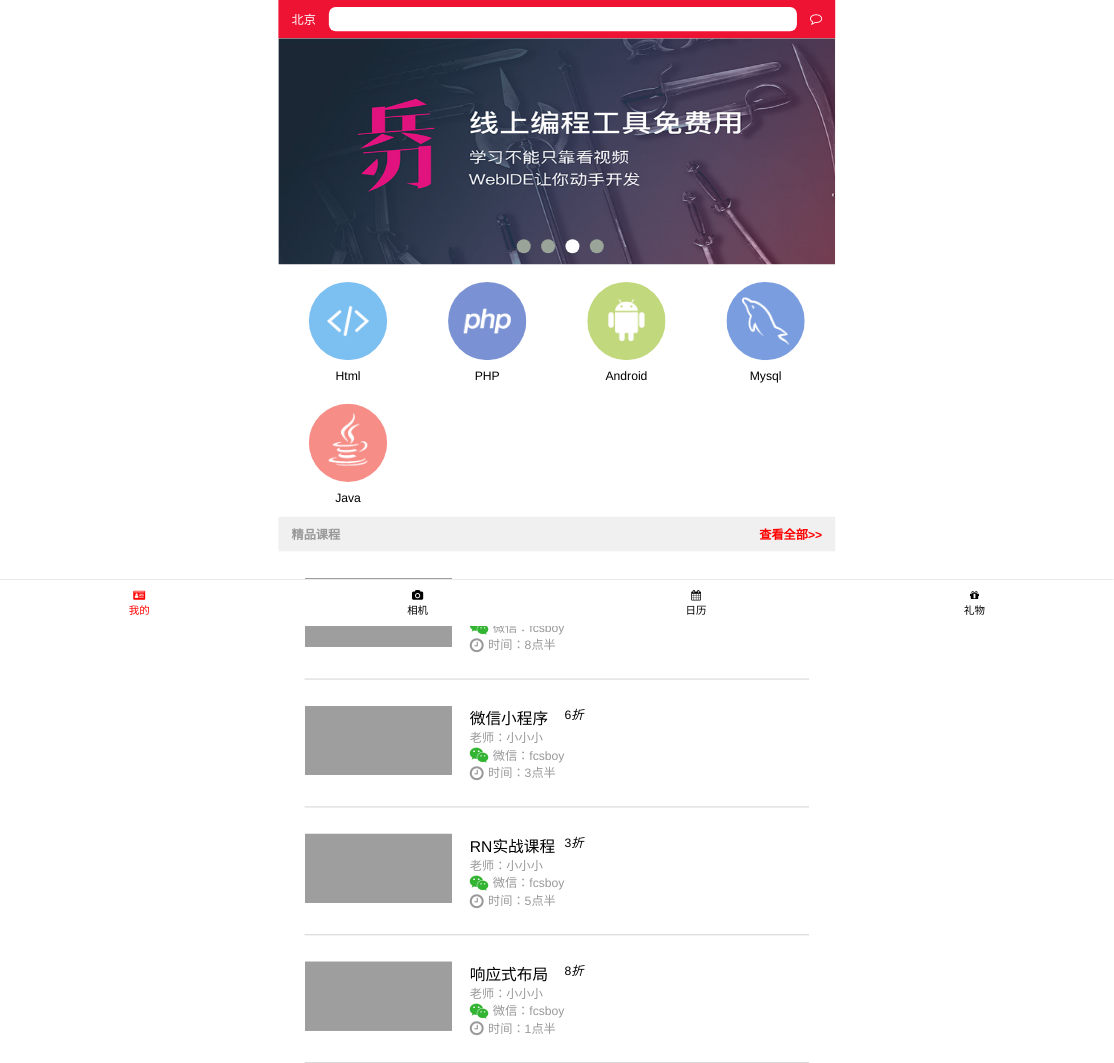
Repository: zhenzhen-gong/flextContent
Page: index.html
The author's editor kept a copy of each file at every save. The page is drawn from the files as they stood at one save, then again after the next save.
The browser window is 1280 px wide. The pictures show the whole page, at 87% of full size.
Pictures or frames that could not be fetched are drawn as grey boxes.

Above is the page before, as saved 2020-06-19 10:47:39.

### index.html
<!DOCTYPE html>
<html lang="en">

<head>
    <meta charset="UTF-8">
    <meta name="viewport" content="width=device-width, initial-scale=1.0">
    <title>移动端响应式小项目</title>
    <link rel="stylesheet" href="css/style.css">
    <link rel="stylesheet" href="css/font-awesome/css/font-awesome.min.css">
    <script src="http://cdn.bootcss.com/jquery/1.12.4/jquery.js"></script>
    <script src="script.js"></script>
</head>

<body>
    <div class="Tbox">
        <header>
            <a href="#" class="left-address">北京</a>
            <input class="middle-form" name="search">
            <a href="#" class="right-message">
                <i class="fa fa-comment-o"></i>
            </a>
        </header>
        <section>
            <div class="imgholder">
                <div class="imgBox" id="imgBox">
                    <div class="imgcontent active"><img src="img/banner1.jpg" alt="图片加载失败"></div>
                    <div class="imgcontent"><img src="img/banner2.jpg" alt="图片加载失败"></div>
                    <div class="imgcontent"><img src="img/banner3.jpg" alt="图片加载失败"></div>
                    <div class="imgcontent"><img src="img/banner4.jpg" alt="图片加载失败"></div>
                </div>
                <div class="imgCircle" id="imgCircle">
                    <span class="active"></span>
                    <span></span>
                    <span></span>
                    <span></span>
                </div>
            </div>
            <div class="content">
                <div>
                    <img src="img/1.png" alt="">
                    <span>Html</span>
                </div>
                <div>
                    <img src="img/2.png" alt="">
                    <span>PHP</span>
                </div>
                <div>
                    <img src="img/3.png" alt="">
                    <span>Android</span>
                </div>
                <div>
                    <img src="img/4.png" alt="">
                    <span>Mysql</span>
                </div>
                <div>
                    <img src="img/5.png" alt="">
                    <span>Java</span>
                </div>
            </div>
            <div class="nav">
                <span>精品课程</span>
                <span>查看全部>></span>
            </div>
            <div class="items">
                <div class="item">
                    <div class="item_left">
                        <img src="http://szimg.mukewang.com/5806de7c00014a3105400300-360-202.jpg" alt="">
                    </div>
                    <div class="item_center">
                        <p>jQuery实战课程</p>
                        <p>老师：小小小</p>
                        <p><i class="fa fa-weixin fa-lg"></i>微信：fcsboy</p>
                        <p><i class="fa fa-clock-o fa-lg"></i>时间：8点半</p>
                    </div>
                    <div class="item_right">
                        <span>3</span><em>折</em>
                    </div>
                </div>
                <div class="item">
                    <div class="item_left">
                        <img src="http://szimg.mukewang.com/583e42fb0001e04f05400300-360-202.jpg" alt="">
                    </div>
                    <div class="item_center">
                        <p>微信小程序</p>
                        <p>老师：小小小</p>
                        <p><i class="fa fa-weixin fa-lg"></i>微信：fcsboy</p>
                        <p><i class="fa fa-clock-o fa-lg"></i>时间：3点半</p>
                    </div>
                    <div class="item_right">
                        <span>6</span><em>折</em>
                    </div>
                </div>
                <div class="item">
                    <div class="item_left">
                        <img src="http://szimg.mukewang.com/57ec8a820001c60b05400300-360-202.jpg" alt="">
                    </div>
                    <div class="item_center">
                        <p>RN实战课程</p>
                        <p>老师：小小小</p>
                        <p><i class="fa fa-weixin fa-lg"></i>微信：fcsboy</p>
                        <p><i class="fa fa-clock-o fa-lg"></i>时间：5点半</p>
                    </div>
                    <div class="item_right">
                        <span>3</span><em>折</em>
                    </div>
                </div>
                <div class="item">
                    <div class="item_left">
                        <img src="http://szimg.mukewang.com/576b84c10001b1c005400300-360-202.jpg" alt="">
                    </div>
                    <div class="item_center">
                        <p>响应式布局</p>
                        <p>老师：小小小</p>
                        <p><i class="fa fa-weixin fa-lg"></i>微信：fcsboy</p>
                        <p><i class="fa fa-clock-o fa-lg"></i>时间：1点半</p>
                    </div>
                    <div class="item_right">
                        <span>8</span><em>折</em>
                    </div>
                </div>
            </div>
        </section>
    </div>
    <footer>
        <div class="active">
            <a href="#" class="active">
                <i class="fa fa-id-card"></i>
            </a>
            我的
        </div>
        <div>
            <a href="#">
                <i class="fa fa-camera"></i>
            </a>
            相机
        </div>
        <div>
            <a href="#">
                <i class="fa fa-calendar"></i>
            </a>
            日历
        </div>
        <div>
            <a href="#">
                <i class="fa fa-gift"></i>
            </a>
            礼物
        </div>
    </footer>
</body>

</html>

### css/style.css
/* css初始化 */
*{
    margin: 0;
    padding: 0;
    border: none;
}
body{
    font-size: 14px;
    font-family: 'Franklin Gothic Medium', 'Arial Narrow', Arial, sans-serif;
}
a{
    text-decoration: none;
    color: black;
}
/* 正文部分 */
.Tbox{
    width: 640px;
    position: absolute;
    left: 0;
    right: 0;
    margin: 0 auto;
}
/* 头部导航 */
.Tbox>header{
   height: 44px;
   padding: 0 15px;
   background: #ef1333;
   display: flex;
   align-items: center;
}
.Tbox>header>a.left-address{
    margin-right: 15px;
    color: #ffffff;
}
.Tbox>header>input.middle-form{
   flex: 1;
   box-sizing: border-box;
   height: 28px;
   border-radius: 8px;
   border: none;
}
.Tbox>header>a.right-message{
    margin-left: 15px;
    color: #ffffff;
}
/* 图片轮播 */
section>div.imgholder{
    height: 260px;
    width: 100%;
    position: relative;
    overflow: hidden;
}
section>div.imgholder>div.imgBox{
    height: 100%;
    width: 100%;
}
section>div.imgholder>div.imgBox>div.imgcontent{
    position: absolute;
    height: 100%;
    width: 100%;
    overflow: hidden;
    display: none;
}
section>div.imgholder>div.imgBox>div.active{
    display: block;
}
section>div.imgholder>div.imgBox>div.imgcontent>img{
    width: 100%;
    height: 100%;
}
/* 控制图片切换的圆点 */
section>div.imgholder>div.imgCircle{
    position: absolute;
    bottom: 10px;
    width: 100%;
    text-align: center;
}
section>div.imgholder>div.imgCircle>span{
    display: inline-block;
    height: 16px;
    width: 16px;
    border-radius: 50%;
    background: #9aa499;
    cursor: pointer;
    margin-left: 8px;
}
section>div.imgholder>div.imgCircle>span.active{
    background: #ffffff;
}
/* 正文内容菜单部分 */
section>div.content{
    display: flex;
    flex-wrap: wrap;
    padding-top: 10px;
    background: #ffffff;
}
section>div.content>div{
    width: 25%;
    height: 120px;
    text-align: center;
    margin: 10px 0;
}
section>div.content>div>span{
    display: block;
    margin-top: 7px;
}
section>div.content>div>img{
    border-radius: 50%;
}

/* 精品课程的导航条 */
section>div.nav{
    height: 40px;
    background: #f0f0f0;
    display: flex;
    justify-content: space-between;
    align-items: center;
    padding: 0 15px;
}
section>div.nav>span:nth-child(1){
    color: #999;
    font-weight: bold;
}
section>div.nav>span:nth-child(2){
    color: red;
    font-weight: bold;
}

/* 正文内容 */
section>div.items{
    background: #ffffff;
    padding: 0 30px;
}
section>div.items>div.item{
    display: flex;
    padding: 30px 0;
    border-bottom: 1px solid #cccccc;
}
section>div.items>div.item>div.item_left>img{
    width: 170px;
    height: 80px;
}
section>div.items>div.item>div.item_center{
   padding-left: 20px;
}
.item_center p:nth-child(1){
	font-size: 18px;
}
.item_center p:nth-child(2){
	color: #999;
}
.item_center p:nth-child(3){
	color: #999;
}
.item_center p:nth-child(3) i{
	color: #33b433;
	margin-right: 5px;
}
.item_center p:nth-child(4) i{
	margin-right: 5px;
}
.item_center p:nth-child(4){
	color: #999;
}
.item_center p:nth-child(5){
	color: #999;
}

/* 页脚部分 */
footer{
    position: fixed;
    bottom: 0;
    height: 54px;
    width: 100%;
    font-size: 12px;
    display: flex;
    align-items: center;
    text-align: center;
    background: #ffffff;;
    border-top: 1px solid #cccccc;
}
footer>div{
    flex: 1;
}
footer>div.active{
    color: red;
}
footer>div>a{
    display: block;
}
footer>div>a.active{
    color: red;
}

### script.js
$(document).ready(function(){
    var index = 0,
        timer = null,
        imgs = $("#imgBox").children("div"),
        circles = $("#imgCircle").children("span")
        console.log(circles);

    function imgslider () {
        //当鼠标在图片上时，停止轮播
        $("#imgBox").mouseover(function(){
            if(timer) clearInterval(timer)
        })
        //当鼠标移出图片时，图片继续轮播
        $("#imgBox").mouseout(function(){
            // 图片自动轮播
        timer = setInterval(function(){
            index++;
            if(index>=imgs.length){
                index = 0
            }
            changeImg()
        },2000)
        });
        //一开始就执行mouseout，图片轮播
        $("#imgBox").mouseout()

        // 点击圆点切换图片
        // 1、找到所有圆点  并为每个圆点绑定click事件
        for(let i = 0;i<circles.length;i++){
            circles[i].id = i;
            circles[i].onclick = function(){
                index = i;
                changeImg()
                if(timer) clearInterval(timer)
            }
        }

    }





    function changeImg() {
       // 当前图片的display属性为block，其他为none；
       for(let i = 0;i<imgs.length;i++){
           imgs[i].style.display = "none"
           circles[i].className = " "
       }
       imgs[index].style.display = "block"
       circles[index].className = "active "
    }
    imgslider()
})

Loaded but not shown: css/font-awesome/css/font-awesome.min.css (library)

After the next save:
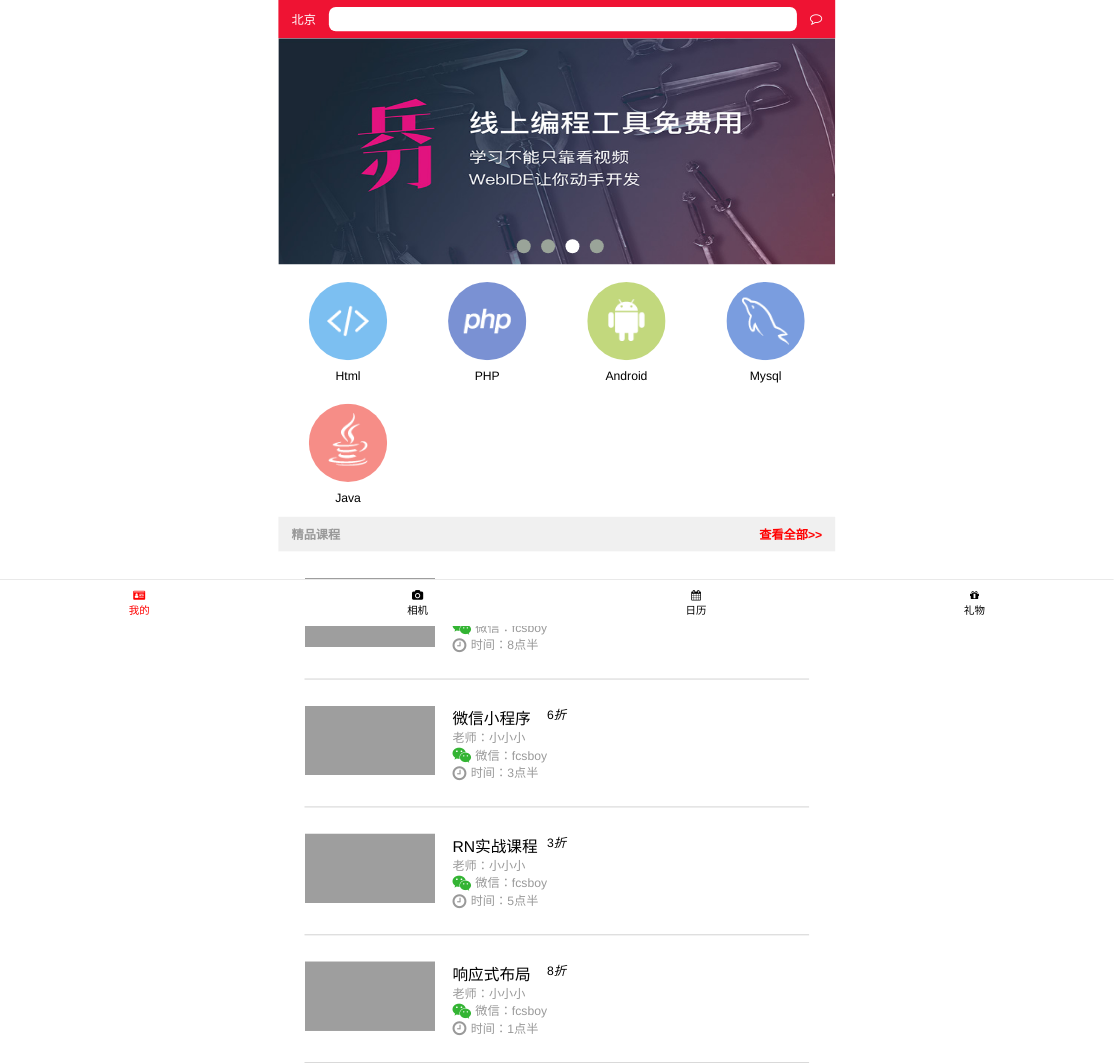
Saved 71 s later.
--- a/css/style.css
+++ b/css/style.css
@@ -137,7 +137,7 @@
     border-bottom: 1px solid #cccccc;
 }
 section>div.items>div.item>div.item_left>img{
-    width: 170px;
+    width: 150px;
     height: 80px;
 }
 section>div.items>div.item>div.item_center{
